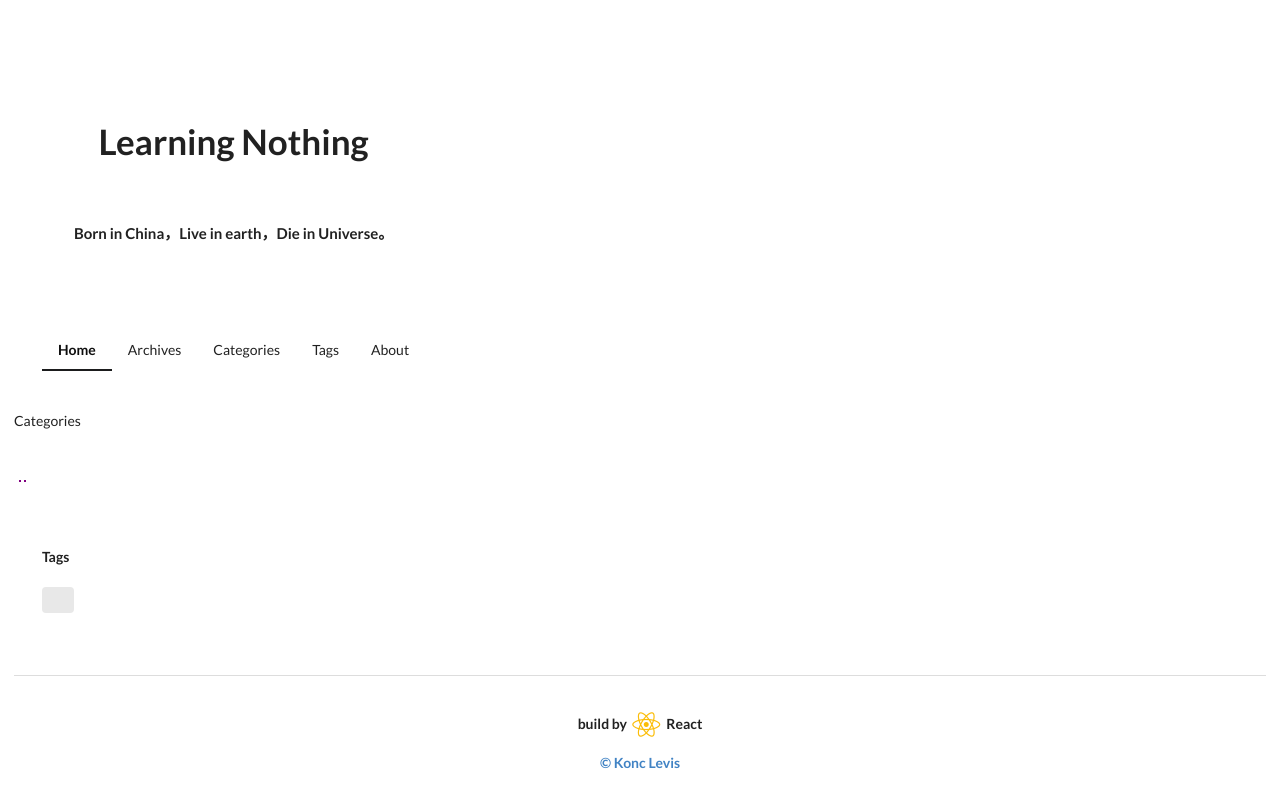
Repository: chu4j/my-spring-cloud-blog-frontend
Page: /
An editor plug-in stored every save of this project. The page is shown before and after the next save, followed by the edit.
The browser window is 1280 px wide. The pictures show the whole page.
The page's requests for data from a server got no answer. The project was rebuilt for these pictures with package versions that can differ from the ones it lists, and the page was loaded fresh each time. No one was signed in, and anything a server would have sent is missing. Also part of the build but not shown: src/components/Categories.jsx, src/components/FocusContent.jsx, src/css/App.css, src/components/owner/LoginForm.jsx, src/components/Tags.jsx, src/components/Timeline.jsx, src/components/TimelineHome.jsx.

Above is the page before, as saved 2021-02-24 11:25:25.

After the next save:
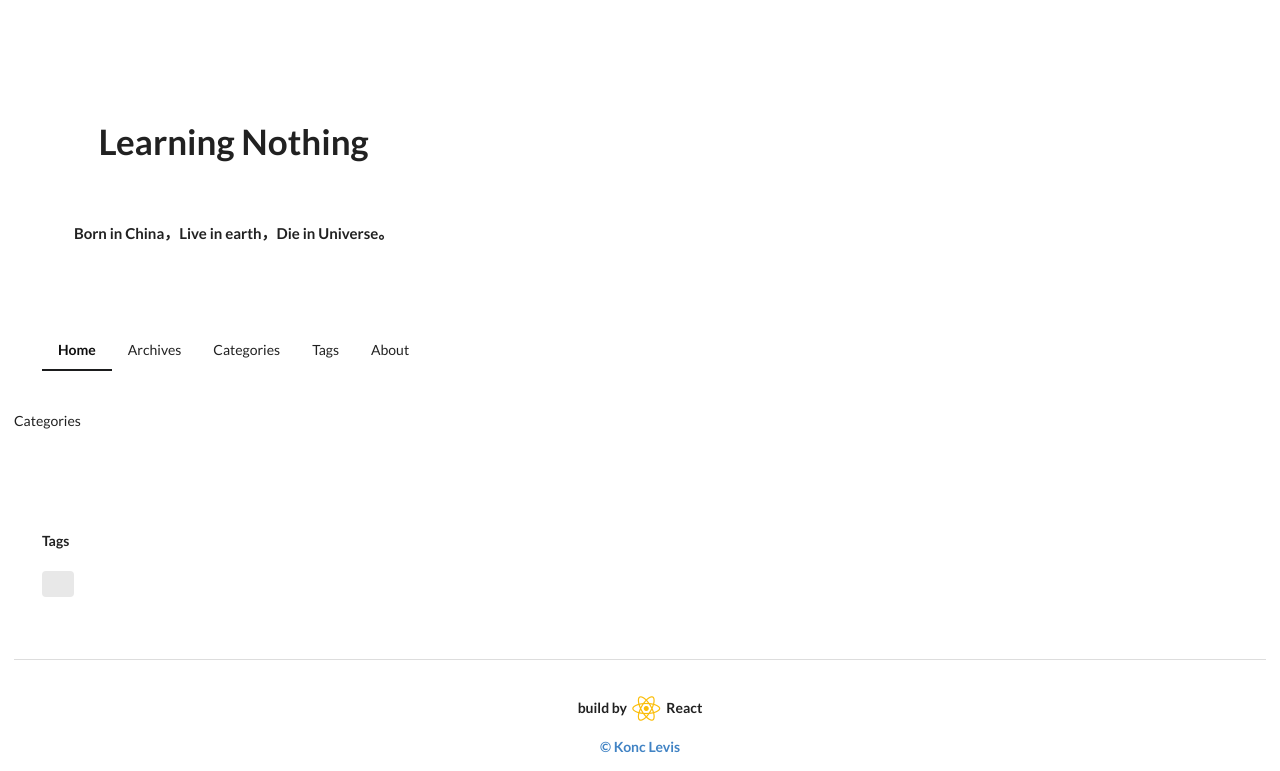
Saved 23 s later.
--- a/src/css/index.css
+++ b/src/css/index.css
@@ -54,7 +54,7 @@ code {
 .post-container pre code {
   color: rgb(151, 155, 95);
 }
-.category-label {
+.common-label {
   display: inline-block;
   margin: 5px;
   padding: 2px;

After the save that followed:
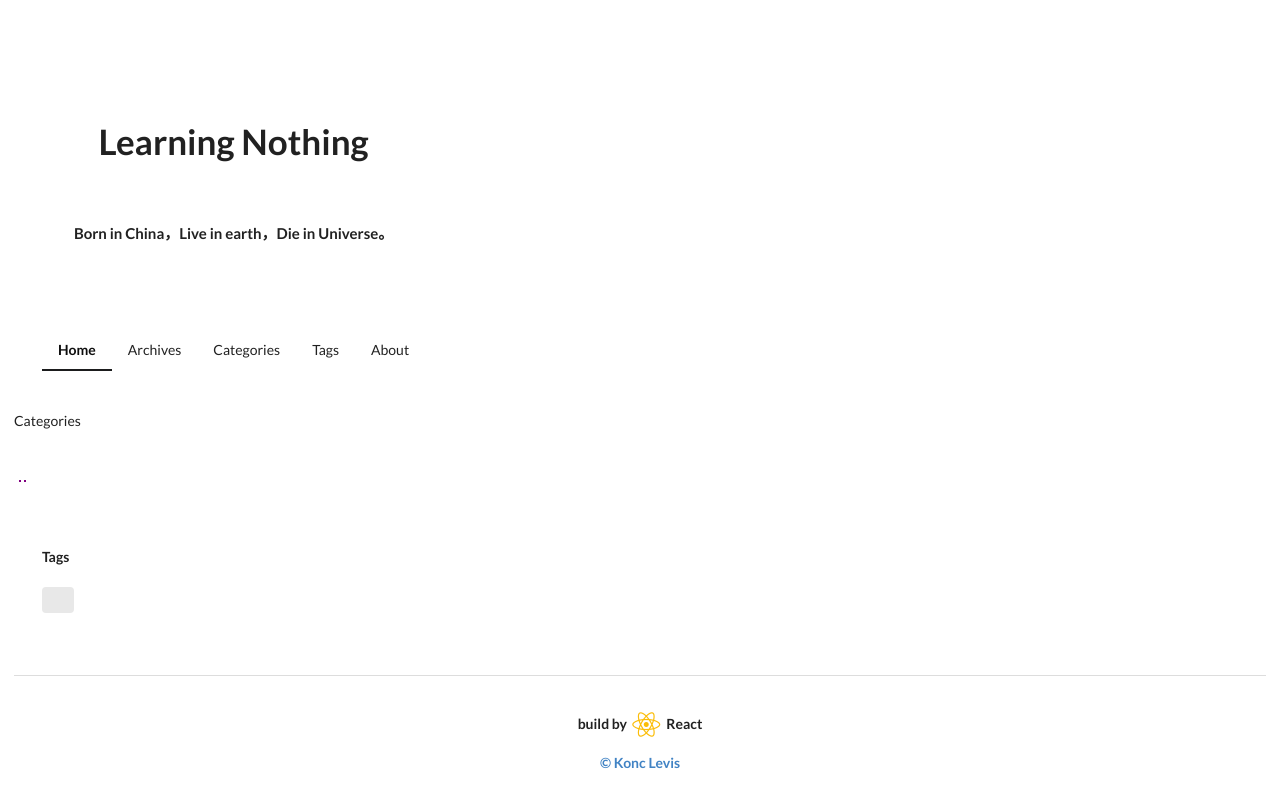
Saved 9 s later.
--- a/src/components/CategoryComponent.jsx
+++ b/src/components/CategoryComponent.jsx
@@ -25,7 +25,7 @@ class CategoryComponent extends Component {
         <DivRow />
         <div>
           {this.state.data.map((e, index) => (
-            <a key={index} href={"/category/" + e.value} className="category-label">
+            <a key={index} href={"/category/" + e.value} className="common-label">
               {e.value}
               &nbsp;
               {e.count}
